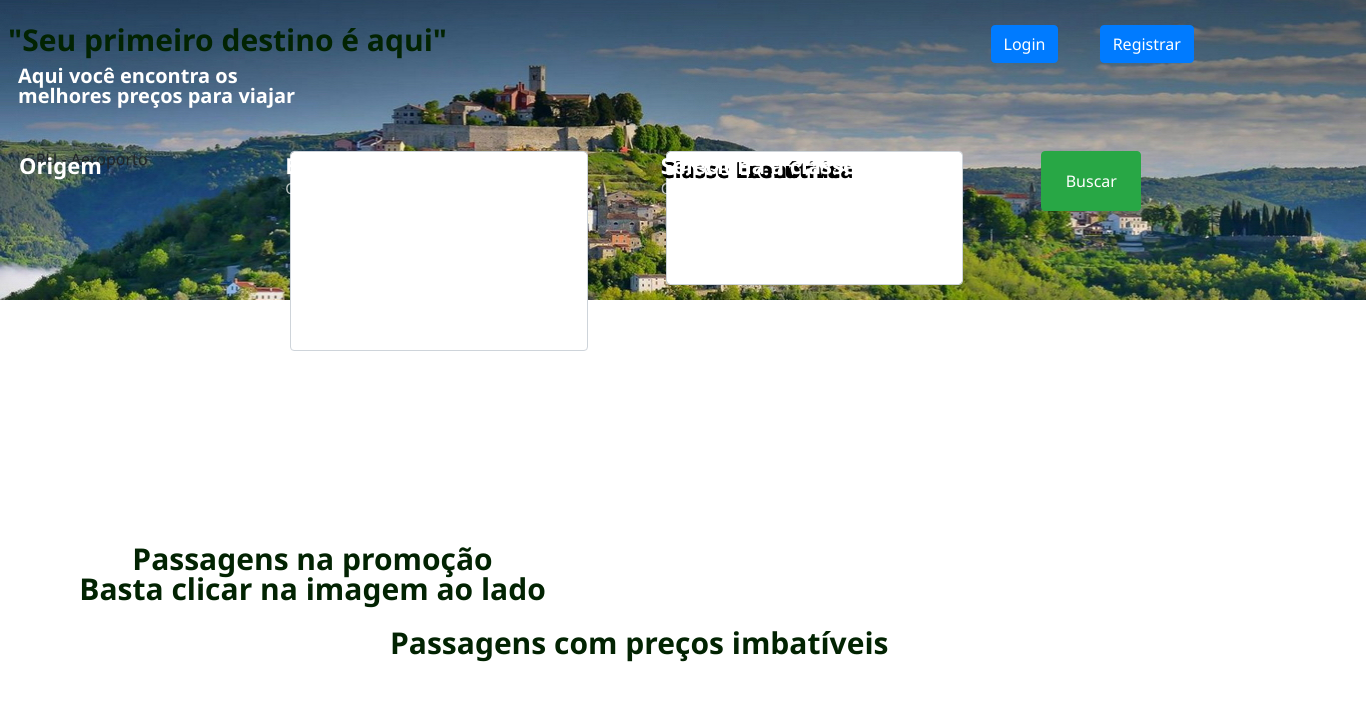
Repository: VictorFlay/Aplicacao-WEB
Page: http://localhost/ProjetoWeb/
An editor plug-in stored every save of this project. The page is shown before and after the next save, followed by the edit.
The browser window is 1280 px wide. The page is 1366 px wide, so the pictures cover 1366 px, including what lies to the right of the window. The pictures show the whole page.
Some web libraries are served in a nearby version. The page is served by Tomcat 9. Queries for data that is not in the repository find no rows.

Above is the page before, as saved 2021-07-17 00:08:09.

After the next save:
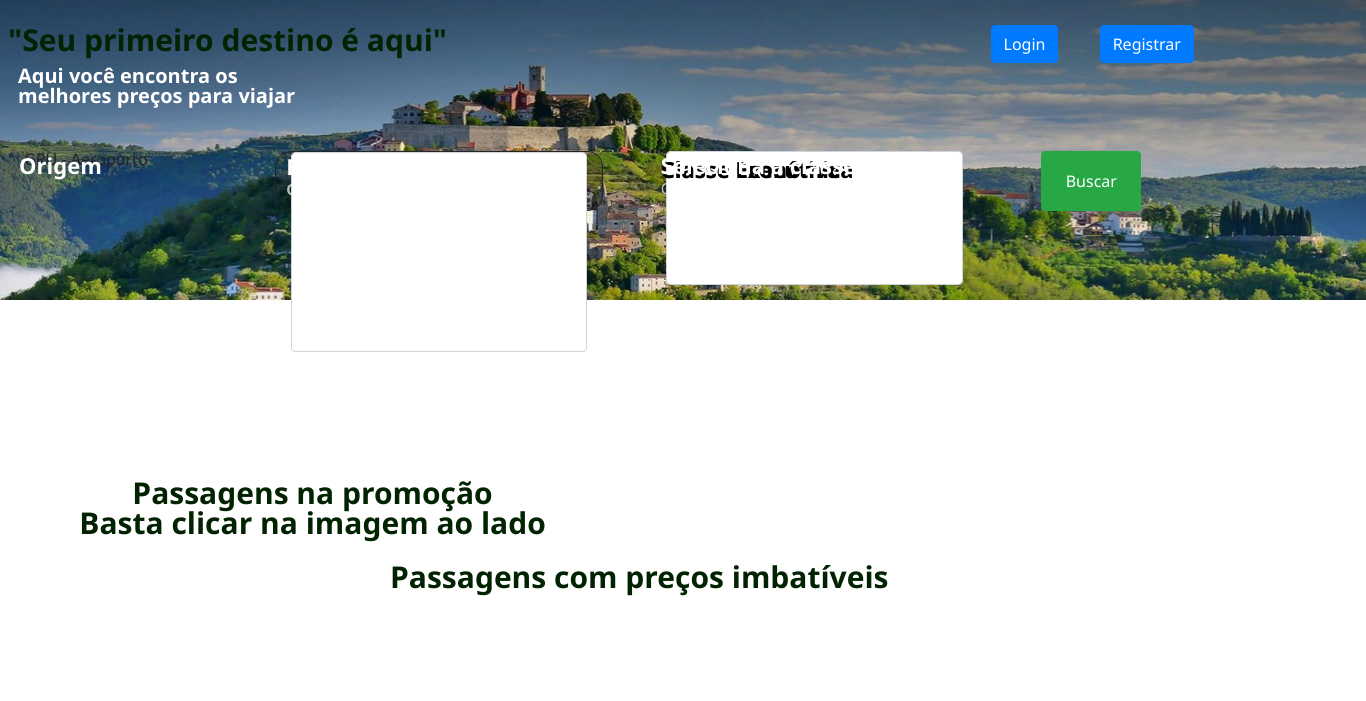
Saved 28 min 45 s later.
--- a/ProjetoWeb/WebContent/css/design.css
+++ b/ProjetoWeb/WebContent/css/design.css
@@ -50,7 +50,7 @@
 
 }
 
-#buscarlocalizacao{
+.buscarlocalizacao{
     width: 300px;
     height: 60px;
     border: 1px solid;
